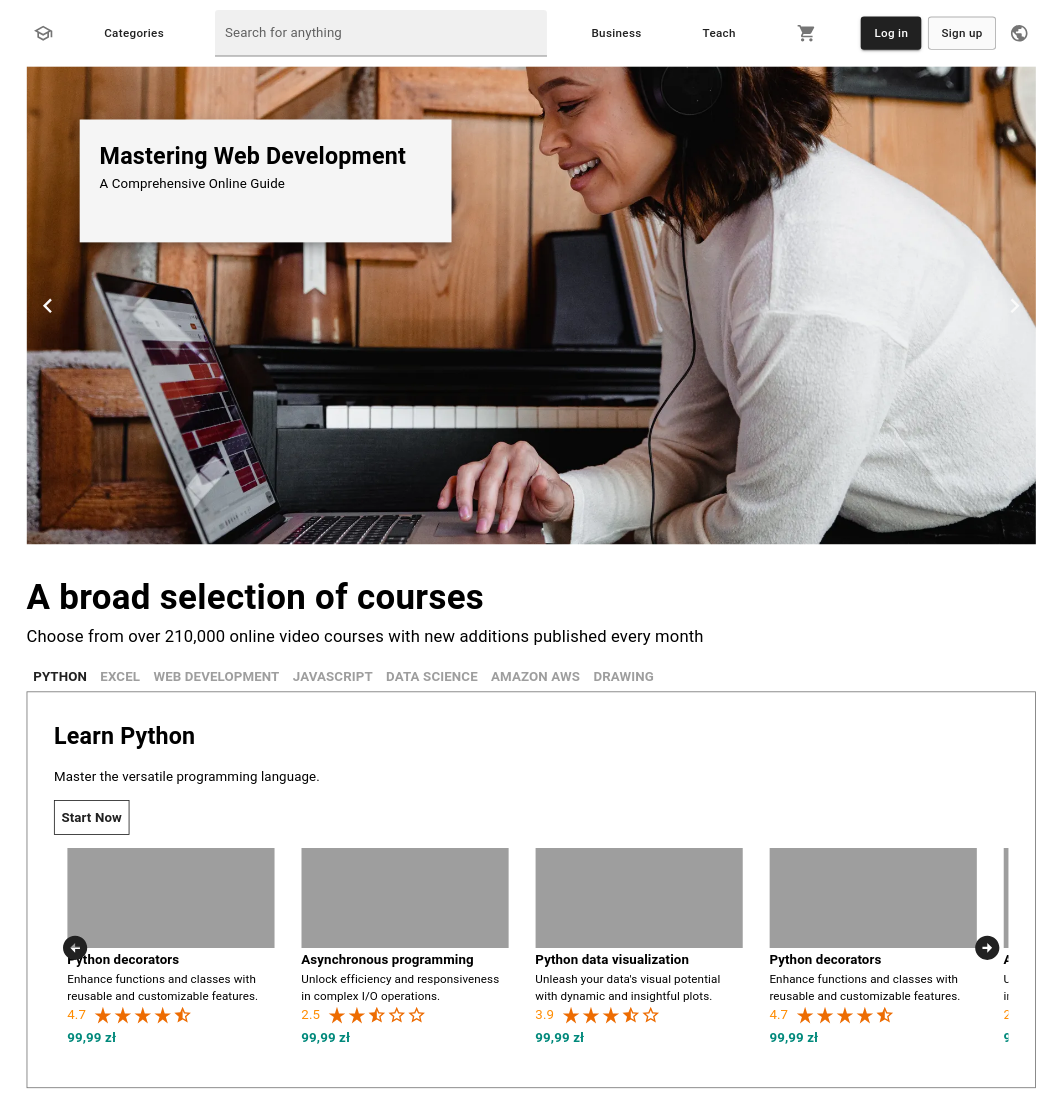
Repository: princ3-web/academy
Page: /
These files come from the project's save history. The page is drawn as it stood at one moment and after the next save; the edit follows.
The browser window is 1280 px wide. The pictures show the whole page, at 83% of full size.
Pictures or frames that could not be fetched are drawn as grey boxes. The project was rebuilt for these pictures with package versions that can differ from the ones it lists, and the page was loaded fresh each time. Also part of the build but not shown: vite.config.js, src/pages/Courses.jsx, src/pages/Business.jsx, src/pages/Teach.jsx.

Above is the page before, as saved 2023-07-10 12:53:08.

### src/main.jsx
import React from "react";
import ReactDOM from "react-dom/client";
import App from "./App.jsx";
import "./index.css";
import { BrowserRouter } from "react-router-dom";


ReactDOM.createRoot(document.getElementById("root")).render(
  <React.StrictMode>
      <BrowserRouter>
        <App />
      </BrowserRouter>
  </React.StrictMode>
);

### src/App.jsx
import { useState } from "react";
import "./css/App.module.css";
import { Route, Routes } from "react-router-dom";
import Home from "./pages/Home";
import Courses from "./pages/Courses";
import Business from "./pages/Business";
import Teach from "./pages/Teach";
import Navbar from "./components/Navbar";
import { ThemeProvider, createTheme } from "@mui/material/styles";

const theme = createTheme({
  palette: {
    primary: {
      main: "rgba(100, 100, 100, 1)",
      light: "rgba(240, 240, 240, 1)",
      dark: "rgba(15, 15, 15, 1)",
    },
  },
});

function App() {
  return (
    <>
      <ThemeProvider theme={theme}>
        <Navbar />
        <Routes>
          <Route path="/" element={<Home />} />
          <Route path="/Courses" element={<Courses />} />
          <Route path="/Business" element={<Business />} />
          <Route path="/Teach" element={<Teach />} />
        </Routes>
      </ThemeProvider>
    </>
  );
}

export default App;

### src/css/App.module.css
  @import url('https://fonts.googleapis.com/css2?family=Lato&display=swap');

  body{
    font-family: 'Lato', sans-serif;
    margin: 0;
    padding: 0;
  }

### src/pages/Home.jsx
import React from "react";
import SingleCarousel from "../components/SingleCarousel";
import ItemSelector from "../components/ItemSelector";
import { Box } from "@mui/material";

const Home = () => {
  return (
    <Box>
      <SingleCarousel />
      <ItemSelector />
    </Box>
  );
};

export default Home;

### src/components/Navbar.jsx
import React from "react";
import navbarStyles from "../css/Navbar.module.css";
import Button from "@mui/material/Button";
import IconButton from "@mui/material/IconButton";
import ShoppingCartIcon from "@mui/icons-material/ShoppingCart";
import PublicOutlinedIcon from "@mui/icons-material/PublicOutlined";
import SchoolOutlinedIcon from "@mui/icons-material/SchoolOutlined";
import { TextField } from "@mui/material";
import { grey } from "@mui/material/colors";
import { Box } from "@mui/material";
import Typography from "@mui/material/Typography";

const Navbar = () => {
  return (
    <Box className={navbarStyles.navbar} paddingX={4}>
      <IconButton>
        <SchoolOutlinedIcon />
      </IconButton>
      <Button variant="text" sx={{ color: grey[900], textTransform: "none", mr: 1 }}>
        Categories
      </Button>
      <TextField id="standard-basic" label="Search for anything" variant="filled" sx={{ width: "400px" }} />
      <Button variant="text" sx={{ color: grey[900], textTransform: "none", mr: 1 }}>
        Business
      </Button>
      <Button variant="text" sx={{ color: grey[900], textTransform: "none", mr: 1 }}>
        Teach
      </Button>
      <IconButton>
        <ShoppingCartIcon />
      </IconButton>
      <div className={navbarStyles.buttons}>
        <Button variant="contained" sx={{ backgroundColor: grey[900], textTransform: "none", mr: 1 }}>
          Log in
        </Button>
        <Button variant="outlined" sx={{ backgroundColor: grey[50], textTransform: "none", color: grey[900], mr: 1 }}>
          Sign up
        </Button>
        <IconButton>
          <PublicOutlinedIcon />
        </IconButton>
      </div>
    </Box>
  );
};

export default Navbar;

### src/components/SingleCarousel.jsx
import React, { useState, useEffect } from "react";
import singleCarouselStyles from "../css/SingleCarousel.module.css";
import image0 from "../assets/images/image0.webp";
import image1 from "../assets/images/image1.webp";
import image2 from "../assets/images/image2.webp";
import image3 from "../assets/images/image3.webp";
import image4 from "../assets/images/image4.webp";
import image5 from "../assets/images/image5.webp";
import KeyboardArrowLeftIcon from "@mui/icons-material/KeyboardArrowLeft";
import KeyboardArrowRightIcon from "@mui/icons-material/KeyboardArrowRight";
import IconButton from "@mui/material/IconButton";
import Box from "@mui/material/Box";
import { grey } from "@mui/material/colors";
import Typography from "@mui/material/Typography";

const SingleCarousel = () => {
  var images = [
    {
      name: "Mastering Web Development",
      description: "A Comprehensive Online Guide",
      image: image0,
    },
    {
      name: "Data Science Fundamentals",
      description: "An Interactive Online Course",
      image: image1,
    },
    {
      name: "Cybersecurity Essentials",
      description: "Online Training for Secure Networks",
      image: image2,
    },
    {
      name: "Mobile App Development",
      description: "Learn to Build for iOS and Android Online",
      image: image3,
    },
    {
      name: "Cloud Computing Mastery",
      description: "Online Course for AWS, Azure, and Google Cloud",
      image: image4,
    },
    {
      name: "Artificial Intelligence and Machine Learning",
      description: "Online Training for Future Innovators",
      image: image5,
    },
  ];

  const [index, setIndex] = useState(0);
  const [transition, setTransition] = useState(false);
  const [hover, setHover] = useState(false);

  useEffect(() => {
    const interval = setInterval(() => {
      if (!hover) {
        setIndex((state) => (state === images.length - 1 ? 0 : state + 1));
      }
    }, 6000);

    return () => {
      clearInterval(interval);
    };
  }, [hover]);

  const handlePrevious = () => {
    if (!transition) {
      setTransition(true);
      setIndex((state) => (state > 0 ? setIndex(state - 1) : setIndex(images.length - 1)));
      setTimeout(() => setTransition(false), 500);
    }
  };

  const handleNext = () => {
    if (!transition) {
      setTransition(true);
      setIndex((state) => (state < images.length - 1 ? setIndex(state + 1) : setIndex(0)));
      setTimeout(() => setTransition(false), 500);
    }
  };

  return (
    <Box className={singleCarouselStyles.slider}>
      {images.map((item, n) => (
        <div
          className={singleCarouselStyles.slide}
          style={{ filter: n === index ? "Opacity(1)" : "Opacity(0)" }}
        >
          <img className={singleCarouselStyles.image} src={item.image} alt="" />
          <Box
            p={3}
            className={singleCarouselStyles.textBox}
            sx={{
              boxShadow: 10,
              width: 400,
              height: 100,
              backgroundColor: grey[100],
            }}
          >
            <Typography fontSize={28} fontWeight={600}>
              {item.name}
            </Typography>
            <Typography fontSize={16}>{item.description}</Typography>
          </Box>
        </div>
      ))}
      <div className={singleCarouselStyles.arrows}>
        <IconButton
          onClick={handlePrevious}
          onMouseOver={() => setHover(true)}
          onMouseLeave={() => setHover(false)}
        >
          <KeyboardArrowLeftIcon
            fontSize="large"
            style={{ color: grey[50] }}
            className={singleCarouselStyles.arrow}
          />
        </IconButton>
        <IconButton
          onClick={handleNext}
          onMouseOver={() => setHover(true)}
          onMouseLeave={() => setHover(false)}
        >
          <KeyboardArrowRightIcon
            fontSize="large"
            style={{ color: grey[50] }}
            className={singleCarouselStyles.arrow}
          />
        </IconButton>
      </div>
    </Box>
  );
};

export default SingleCarousel;

### src/components/ItemSelector.jsx
import React, { useState } from "react";
import Box from "@mui/material/Box";
import { Typography } from "@mui/material";
import Button from "@mui/material/Button";
import { grey } from "@mui/material/colors";
import MultipleCarousel from "./MultipleCarousel";
import { elements } from "../data/elements";

const ItemSelector = () => {
  const [selectedItem, setSelectedItem] = useState(0);

  return (
    <Box paddingX={4} paddingY={4}>
      <Typography fontSize={42} fontWeight={600}>
        A broad selection of courses
      </Typography>
      <Typography fontSize={20}>
        Choose from over 210,000 online video courses with new additions published every month
      </Typography>
      <Box display={"flex"} flexDirection={"row"} marginTop={2}>
        {elements.map((i, n) => (
          <Button variant="text" onClick={() => setSelectedItem(n)}>
            <Typography fontWeight={600} color={selectedItem === n ? grey[900] : grey[500]}>
              {i.name}
            </Typography>
          </Button>
        ))}
      </Box>
        <Box padding={4} border={"1px solid" + grey[600]}>
          <Typography fontWeight={600} fontSize={28}>
            {elements[selectedItem].title}
          </Typography>
          <Typography width={"65%"} marginY={2}>
            {elements[selectedItem].text}
          </Typography>
          <Button variant="text" sx={{ border: "1px solid" + grey[900], borderRadius: 0, padding: 1 }}>
            <Typography fontWeight={600} color={grey[900]} textTransform={"none"}>
              {elements[selectedItem].button}
            </Typography>
          </Button>
          <MultipleCarousel elements={elements} index={selectedItem} />
        </Box>
    </Box>
  );
};

export default ItemSelector;

### src/css/Navbar.module.css
.navbar {
  display: flex;
  align-items: center;
  justify-content: space-between;
  box-sizing: border-box;
  background-color: var(--gray-50);
  height: 5rem;
  width: 100%;
}


.buttons {
  display: flex;
}

### src/css/SingleCarousel.module.css
.slider {
  position: relative;
  overflow: hidden;
  display: flex;
  left: 0;
  height: 80vh;
  margin-inline: 2rem;
  box-sizing: border-box;
}

.slide {
  position: absolute;
  justify-content: center;
  align-content: center;
  transition: 0.5s;
  height: 80vh;
  width: 100vw;

}

.image {
  height: 100%;
  width: 100%;
  object-fit: cover;

}

.arrows {
  position: absolute;
  display: flex;
  justify-content: space-between;
  align-items: center;
  align-self: center;
  position: absolute;
  z-index: 1;
  width: 100%;
  height: 80vh;
  left: 0%;
  top: 0%;
}

.arrow {
  cursor: pointer;
}

.textBox {
  position: absolute;
  z-index: 1;
  top: 4rem;
  left: 4rem;
}

### src/components/MultipleCarousel.jsx
import React, { useRef, useEffect, useState } from "react";
import { Box, IconButton } from "@mui/material";
import { ArrowCircleLeft, ArrowCircleRight } from "@mui/icons-material";
import { grey } from "@mui/material/colors";
import CourseCard from "./CourseCard";

const MultipleCarousel = ({ elements, index }) => {
  const carouselRef = useRef(null);
  const [containerWidth, setContainerWidth] = useState(0);
  const [scrollAmount, setScrollAmount] = useState(0);

  const items = elements;

  useEffect(() => {
    const updateContainerWidth = () => {
      if (carouselRef.current) {
        const containerWidth = carouselRef.current.offsetWidth /2;
        setContainerWidth(containerWidth);
      }
    };

    window.addEventListener("resize", updateContainerWidth);
    updateContainerWidth();

    return () => {
      window.removeEventListener("resize", updateContainerWidth);
    };
  }, []);


  const handleScrollLeft = () => {
    if (carouselRef.current) {
      carouselRef.current.scrollBy({
        left: -containerWidth,
        behavior: "smooth",
      });
    }
  };

  const handleScrollRight = () => {
    if (carouselRef.current) {
      carouselRef.current.scrollBy({
        left: containerWidth,
        behavior: "smooth",
      });
    }
  };

  useEffect(() => {
    setScrollAmount(containerWidth);
  }, [containerWidth]);

  return (
    <Box sx={{ position: "relative", width: "100%" }}>
      <Box
        ref={carouselRef}
        sx={{
          display: "flex",
          overflowX: "hidden",
          scrollBehavior: "smooth",
          "&::-webkit-scrollbar": {
            display: "none",
          },
        }}
      >
        <Box display="flex">
          {elements[index].array.map((item, n) => (
            <CourseCard
              title={item.title}
              text={item.text}
              rating={item.rating}
              boxWidth={250}
              imageWidth={250}
              imageHeight={120}
              imageObjectFit={"cover"}
            />
          ))}
        </Box>
      </Box>
      <IconButton
        sx={{
          position: "absolute",
          top: "50%",
          left: 0,
          transform: "translateY(-50%)",
        }}
        onClick={handleScrollLeft}
        disabled={scrollAmount === 0}
      >
        <ArrowCircleLeft fontSize="large" sx={{ color: grey[900] }} />
      </IconButton>
      <IconButton
        sx={{
          position: "absolute",
          top: "50%",
          right: 0,
          transform: "translateY(-50%)",
        }}
        onClick={handleScrollRight}
        disabled={scrollAmount >= items.length * 210} // Adjust 210 based on item width + margin
      >
        <ArrowCircleRight fontSize="large" sx={{ color: grey[900] }} />
      </IconButton>
    </Box>
  );
};

MultipleCarousel.defaultProps = {
  elements: ["Item 1", "Item 2", "Item 3", "Item 4", "Item 5", "Item 6", "Item 7", "Item 8"],
};

export default MultipleCarousel;

### src/components/CourseCard.jsx
import React, { useState, useEffect } from "react";
import { Box } from "@mui/material";
import Image from "./Image";
import { Typography } from "@mui/material";
import StarRating from "./StarRating";
import educationImage from "../assets/images/education.png";
import CourseCardTooltip from "./CourseCardTooltip";
import { teal } from "@mui/material/colors";


const CourseCard = ({
  boxWidth,
  imageWidth,
  imageHeight,
  imageObjectFit,
  title,
  text,
  margin,
  rating,
}) => {
  const [index, setIndex] = useState(false);
  const [position, setPosition] = useState({ x: 0, y: 0 });

  const handleMouseMove = (event) => {
    setPosition({ x: event.clientX, y: event.clientY });
  };

  useEffect(() => {
    document.addEventListener("mousemove", handleMouseMove);

    return () => {
      document.removeEventListener("mousemove", handleMouseMove);
    };
  }, []);

  return (
    <Box
      position={"relative"}
      margin={margin}
      width={boxWidth}
      onMouseEnter={() => setIndex(true)}
      onMouseLeave={() => setIndex(false)}
      sx={{ cursor: "pointer" }}
      p={1}
    >
      <Image
        imageWidth={imageWidth}
        height={imageHeight}
        objectFit={imageObjectFit}
        src={educationImage}
      />
      <Typography fontSize={16} fontWeight={600}>{title}</Typography>
      <Typography fontSize={14}>{text}</Typography>
      <Box display={"flex"}>
        <Typography color="darkorange" mr={1}>
          {rating}
        </Typography>
        <StarRating rating={rating} />
      </Box>
      <Typography color={teal[600]} fontWeight={600}>99,99 zł</Typography>
      <Box>
        <CourseCardTooltip
          title={title}
          text={text}
          display={index ? "block" : "none"}
          placement={position.x > window.innerWidth * 0.6}
        />
      </Box>
    </Box>
  );
};

CourseCard.defaultProps = {
  boxWidth: 200,
  imageObjectFit: "cover",
  title: "YYY",
  text: "xxx",
  margin: 1,
  rating: 3,
};

export default CourseCard;

### src/components/Image.jsx
import React from "react";
import image from "../assets/icons/image.png";
import { Box } from "@mui/material";
import { spacing } from "@mui/system";

const Image = ({ imageWidth, height, src, objectFit }) => (
  <Box>
    <img height={height} src={src} style={{ objectFit: objectFit, width: imageWidth }} alt="" />
  </Box>
);

Image.defaultProps = {
  width: 300,
  height: 200,
  src: image,
  objectFit: "cover",

};

export default Image;

### src/components/StarRating.jsx
import React from "react";
import StarOutlineIcon from "@mui/icons-material/StarOutline";
import StarRateIcon from "@mui/icons-material/StarRate";
import StarHalfIcon from "@mui/icons-material/StarHalf";

const StarRating = ({ rating }) => {
  const stars = [];

  // Create an array of five stars
  for (let i = 1; i <= 5; i++) {
    let starIcon;
    if (i <= rating) {
      starIcon = <StarRateIcon color="warning" />;
    } else if (i - rating <= 0.5) {
      starIcon = <StarHalfIcon color="warning" />;
    } else {
      starIcon = <StarOutlineIcon color="warning" />;
    }

    stars.push(starIcon);
  }

  return <div>{stars}</div>;
};

export default StarRating;

### src/components/CourseCardTooltip.jsx
import React, { useRef } from "react";
import { Box } from "@mui/material";
import { grey, teal } from "@mui/material/colors";
import { Typography } from "@mui/material";

const CourseCardTooltip = ({ display, placement, title, text }) => {
  return (
    <Box
      width={250}
      position={"absolute"}
      display={display}
      border={"1px solid" + grey[600]}
      sx={{ backgroundColor: grey[50], boxShadow: 6 }}
      left={placement ? "-100%" : "100%"}
      top={0}
      zIndex={1}
      p={2}
    >
      <Typography fontSize={24} fontWeight={600} mb={1}>
        {title}
      </Typography>
      <Typography fontSize={12} fontWeight={600} color={teal[600]}>
        Updated February 2023
      </Typography>
      <Typography fontSize={14} color={grey[600]}>
        9.5 total hours · All Levels · Subtitles
      </Typography>
      <Typography fontSize={16} my={1}>
        {text}
      </Typography>
    </Box>
  );
};

export default CourseCardTooltip;

Loaded but not shown: index.html (common file); src/data/elements.jsx (185 lines, source omitted); src/index.css (no stored copy; drawn as an empty file)

After the next save:
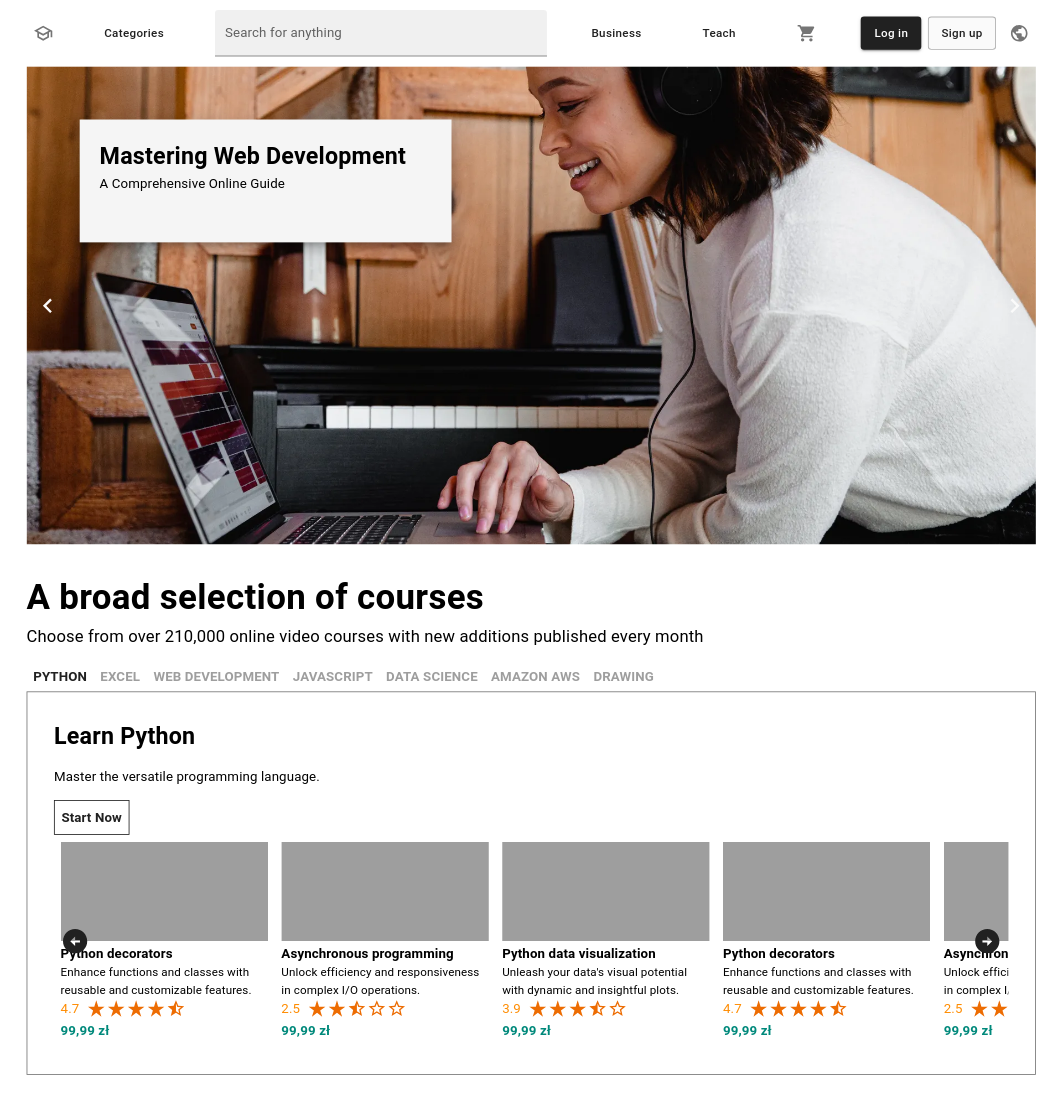
Saved 19 s later.
--- a/src/components/CourseCard.jsx
+++ b/src/components/CourseCard.jsx
@@ -41,7 +41,6 @@
       onMouseEnter={() => setIndex(true)}
       onMouseLeave={() => setIndex(false)}
       sx={{ cursor: "pointer" }}
-      p={1}
     >
       <Image
         imageWidth={imageWidth}

After the save that followed:
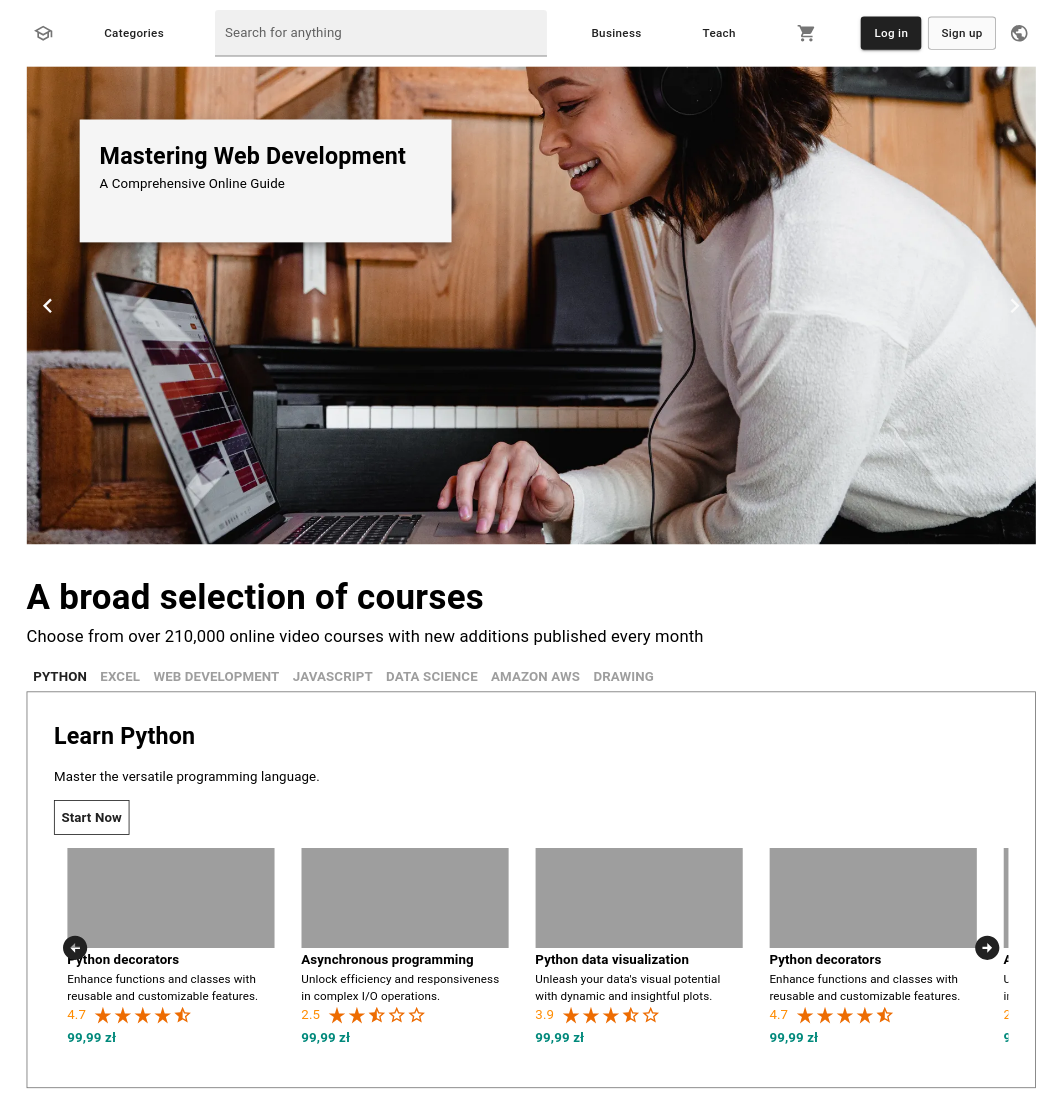
Saved 8 s later.
--- a/src/components/CourseCard.jsx
+++ b/src/components/CourseCard.jsx
@@ -41,6 +41,7 @@
       onMouseEnter={() => setIndex(true)}
       onMouseLeave={() => setIndex(false)}
       sx={{ cursor: "pointer" }}
+      p={1}
     >
       <Image
         imageWidth={imageWidth}
